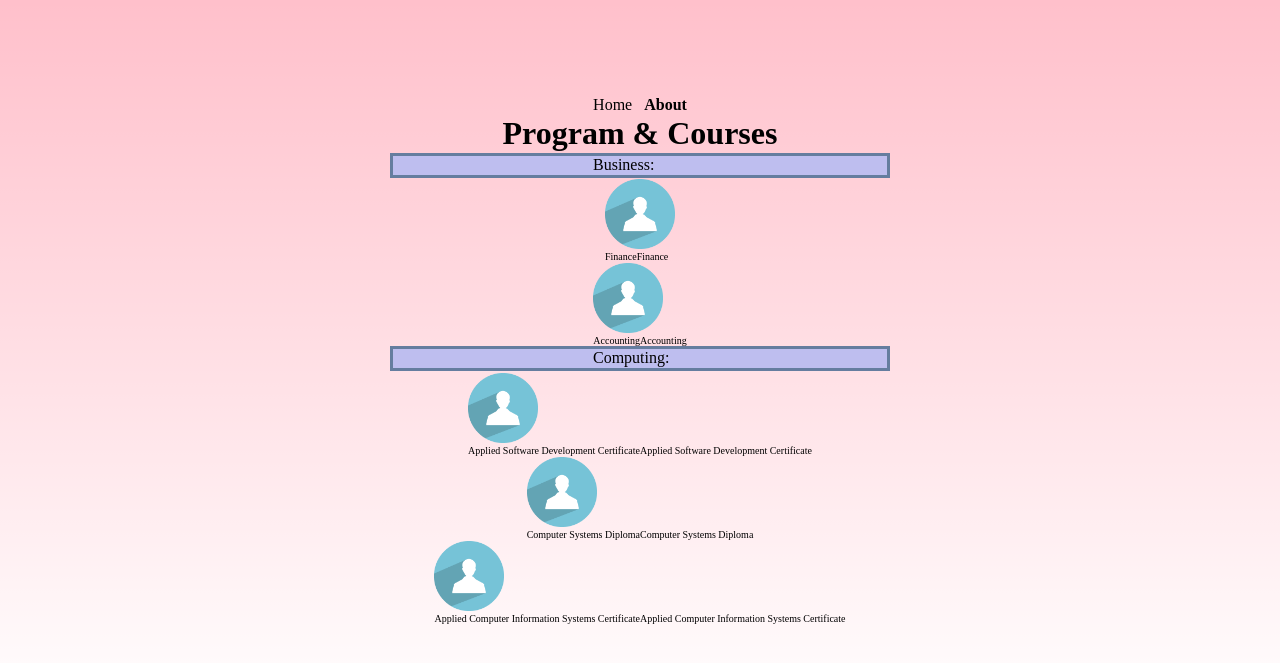
Repository: anoncoderin/madhu-assignment3
Page: /
These files come from the project's save history. The page is drawn as it stood at one moment and after a run of saves; the edit follows.
The browser window is 1280 px wide. The pictures show the whole page.
The project was rebuilt for these pictures with package versions that can differ from the ones it lists, and the page was loaded fresh each time. The framework's server and built-in components were replaced by stand-ins that run in the browser. Also part of the build but not shown: next.config.js, components/Card/Card.module.css.

Above is the page before, as saved 2023-01-22 20:50:13.

### pages/index.js
import Head from 'next/head'
import Image from 'next/image'
import { Inter } from '@next/font/google'
import styles from '@/styles/Home.module.css'
import { useState } from 'react'
import data from '../data/education.json'
import Link from 'next/link'
import Card from '../components/Card'
import style from '../components/Card/Card.module.css'

export default function Home() {
  console.log(data);
  const [information, setInformation] = useState([...data])
  return (
    <>
      <Head>

      </Head>
      <main className={styles.main}>

        <p> Home &nbsp;&nbsp;
          <Link href="about"><b>About</b></Link>
        </p>
        <h1>Program & Courses</h1>
      <div className={styles.heading}>Business:</div>
      {
        information && information.map((info, index)=>{
          if(info.department === "Business"){
            return(
              <Card key={index} degree={info.degree}></Card>
            )
          }
        })
      }
      <div className={styles.heading}>Computing:</div>
      <div className={styles.row}></div>
      {
        information && information.map((info, index)=>{
          if(info.department === "Computing"){
            return(
              <Card key={index} degree={info.degree}></Card>
            )
          }
        })
      }

      </main>
    </>
  )
}

### styles/globals.css
:root {
  --max-width: 1100px;
  --border-radius: 12px;
  --font-mono: ui-monospace, Menlo, Monaco, 'Cascadia Mono', 'Segoe UI Mono',
    'Roboto Mono', 'Oxygen Mono', 'Ubuntu Monospace', 'Source Code Pro',
    'Fira Mono', 'Droid Sans Mono', 'Courier New', monospace;

  --foreground-rgb: 0, 0, 0;
  --background-start-rgb: 255, 192, 203;
  --background-end-rgb: 255, 255, 255;

  --primary-glow: conic-gradient(
    from 180deg at 50% 50%,
    hsla(78, 61%, 87%, 0.2) 0deg,
    #0885ff33 55deg,
    #54d6ff33 120deg,
    #0071ff33 160deg,
    transparent 360deg
  );
  --secondary-glow: radial-gradient(
    rgba(255, 255, 255, 1),
    rgba(255, 255, 255, 0)
  );

  --tile-start-rgb: 239, 245, 249;
  --tile-end-rgb: 228, 232, 233;
  --tile-border: conic-gradient(
    #00000080,
    #00000040,
    #00000030,
    #00000020,
    #00000010,
    #00000010,
    #00000080
  );

  --callout-rgb: 238, 240, 241;
  --callout-border-rgb: 172, 175, 176;
  --card-rgb: 180, 185, 188;
  --card-border-rgb: 131, 134, 135;
}

@media (prefers-color-scheme: dark) {
  :root {
    --foreground-rgb: 255, 255, 255;
    --background-start-rgb: 0, 0, 0;
    --background-end-rgb: 0, 0, 0;

    --primary-glow: radial-gradient(rgba(1, 65, 255, 0.4), rgba(1, 65, 255, 0));
    --secondary-glow: linear-gradient(
      to bottom right,
      rgba(1, 65, 255, 0),
      rgba(1, 65, 255, 0),
      rgba(1, 65, 255, 0.3)
    );

    --tile-start-rgb: 2, 13, 46;
    --tile-end-rgb: 2, 5, 19;
    --tile-border: conic-gradient(
      #ffffff80,
      #ffffff40,
      #ffffff30,
      #ffffff20,
      #ffffff10,
      #ffffff10,
      #ffffff80
    );

    --callout-rgb: 20, 20, 20;
    --callout-border-rgb: 108, 108, 108;
    --card-rgb: 100, 100, 100;
    --card-border-rgb: 200, 200, 200;
  }
}

* {
  box-sizing: border-box;
  padding: 0;
  margin: 0;
}

html,
body {
  max-width: 100vw;
  overflow-x: hidden;
}

body {
  color: rgb(var(--foreground-rgb));
  background: linear-gradient(
      to bottom,
      transparent,
      rgb(var(--background-end-rgb))
    )
    rgb(var(--background-start-rgb));
}

a {
  color: inherit;
  text-decoration: none;
}

@media (prefers-color-scheme: dark) {
  html {
    color-scheme: dark;
  }
}

### styles/Home.module.css
.main {
  display: flex;
  flex-direction: column;
  justify-content: space-between;
  align-items: center;
  padding: 6rem;
  min-height: 100vh;
}

.heading{
  padding-left: 200px;
  height: 25px;
  width: 500px;
  background-color: #bebeef;
  border-style:solid;
  border-color:#657d9f;
}

.degree{
  display: flex;
  flex-direction: column;

  gap: 5px;
}

.description {
  display: inherit;
  justify-content: inherit;
  align-items: inherit;
  font-size: 0.85rem;
  max-width: var(--max-width);
  width: 100%;
  z-index: 2;
  font-family: var(--font-mono);
}

.description a {
  display: flex;
  justify-content: center;
  align-items: center;
  gap: 0.5rem;
}

.description p {
  position: relative;
  margin: 0;
  padding: 1rem;
  background-color: rgba(var(--callout-rgb), 0.5);
  border: 1px solid rgba(var(--callout-border-rgb), 0.3);
  border-radius: var(--border-radius);
}

.code {
  font-weight: 700;
  font-family: var(--font-mono);
}

.grid {
  display: grid;
  grid-template-columns: repeat(4, minmax(25%, auto));
  width: var(--max-width);
  max-width: 100%;
}

.card {
  padding: 1rem 1.2rem;
  border-radius: var(--border-radius);
  background: rgba(var(--card-rgb), 0);
  border: 1px solid rgba(var(--card-border-rgb), 0);
  transition: background 200ms, border 200ms;
}

.card span {
  display: inline-block;
  transition: transform 200ms;
}

.card h2 {
  font-weight: 600;
  margin-bottom: 0.7rem;
}

.card p {
  margin: 0;
  opacity: 0.6;
  font-size: 0.9rem;
  line-height: 1.5;
  max-width: 30ch;
}

.center {
  display: flex;
  justify-content: center;
  align-items: center;
  position: relative;
  padding: 4rem 0;
}

.center::before {
  background: var(--secondary-glow);
  border-radius: 50%;
  width: 480px;
  height: 360px;
  margin-left: -400px;
}

.center::after {
  background: var(--primary-glow);
  width: 240px;
  height: 180px;
  z-index: -1;
}

.center::before,
.center::after {
  content: '';
  left: 50%;
  position: absolute;
  filter: blur(45px);
  transform: translateZ(0);
}

.logo,
.thirteen {
  position: relative;
}

.thirteen {
  display: flex;
  justify-content: center;
  align-items: center;
  width: 75px;
  height: 75px;
  padding: 25px 10px;
  margin-left: 16px;
  transform: translateZ(0);
  border-radius: var(--border-radius);
  overflow: hidden;
  box-shadow: 0px 2px 8px -1px #0000001a;
}

.thirteen::before,
.thirteen::after {
  content: '';
  position: absolute;
  z-index: -1;
}

/* Conic Gradient Animation */
.thirteen::before {
  animation: 6s rotate linear infinite;
  width: 200%;
  height: 200%;
  background: var(--tile-border);
}

/* Inner Square */
.thirteen::after {
  inset: 0;
  padding: 1px;
  border-radius: var(--border-radius);
  background: linear-gradient(
    to bottom right,
    rgba(var(--tile-start-rgb), 1),
    rgba(var(--tile-end-rgb), 1)
  );
  background-clip: content-box;
}

/* Enable hover only on non-touch devices */
@media (hover: hover) and (pointer: fine) {
  .card:hover {
    background: rgba(var(--card-rgb), 0.1);
    border: 1px solid rgba(var(--card-border-rgb), 0.15);
  }

  .card:hover span {
    transform: translateX(4px);
  }
}

@media (prefers-reduced-motion) {
  .thirteen::before {
    animation: none;
  }

  .card:hover span {
    transform: none;
  }
}

/* Mobile */
@media (max-width: 700px) {
  .content {
    padding: 4rem;
  }

  .grid {
    grid-template-columns: 1fr;
    margin-bottom: 120px;
    max-width: 320px;
    text-align: center;
  }

  .card {
    padding: 1rem 2.5rem;
  }

  .card h2 {
    margin-bottom: 0.5rem;
  }

  .center {
    padding: 8rem 0 6rem;
  }

  .center::before {
    transform: none;
    height: 300px;
  }

  .description {
    font-size: 0.8rem;
  }

  .description a {
    padding: 1rem;
  }

  .description p,
  .description div {
    display: flex;
    justify-content: center;
    position: fixed;
    width: 100%;
  }

  .description p {
    align-items: center;
    inset: 0 0 auto;
    padding: 2rem 1rem 1.4rem;
    border-radius: 0;
    border: none;
    border-bottom: 1px solid rgba(var(--callout-border-rgb), 0.25);
    background: linear-gradient(
      to bottom,
      rgba(var(--background-start-rgb), 1),
      rgba(var(--callout-rgb), 0.5)
    );
    background-clip: padding-box;
    backdrop-filter: blur(24px);
  }

  .description div {
    align-items: flex-end;
    pointer-events: none;
    inset: auto 0 0;
    padding: 2rem;
    height: 200px;
    background: linear-gradient(
      to bottom,
      transparent 0%,
      rgb(var(--background-end-rgb)) 40%
    );
    z-index: 1;
  }
}

/* Tablet and Smaller Desktop */
@media (min-width: 701px) and (max-width: 1120px) {
  .grid {
    grid-template-columns: repeat(2, 50%);
  }
}

@media (prefers-color-scheme: dark) {
  .vercelLogo {
    filter: invert(1);
  }

  .logo,
  .thirteen img {
    filter: invert(1) drop-shadow(0 0 0.3rem #ffffff70);
  }
}

@keyframes rotate {
  from {
    transform: rotate(360deg);
  }
  to {
    transform: rotate(0deg);
  }
}

### data/education.json
[
        {
            "studentNumber": "A0004567",
            "firstName": "Person 1",
            "gpa": 3.8,
            "department": "Business",
            "degree": "Finance",
            "graduted": 2014
        },
        {
            "studentNumber": "A0001234",
            "firstName": "Person 2",
            "gpa": 3.5,
            "department": "Business",
            "degree": "Accounting",
            "graduted": 2010
        },
        {
            "studentNumber": "A0007890",
            "firstName": "Person 3",
            "gpa": 3.2,
            "department": "Computing",
            "degree": "Applied Software Development Certificate",
            "graduted": 2018
        },
        {
            "studentNumber": "A0007828",
            "firstName": "Person 4",
            "gpa": 3.9,
            "department": "Computing",
            "degree": "Computer Systems Diploma",
            "graduted": 2021
        },
        {
            "studentNumber": "A0003425",
            "firstName": "Person 5",
            "gpa": 3.2,
            "department": "Computing",
            "degree": "Applied Computer Information Systems Certificate",
            "graduted": 2021
        }

]

### components/Card/index.js
export default function Card(
    {
        degree="none",
        color="purple",
        font=10,
        image='icon/personTwo.png'
    }
){
    return(
        <div  style={{backgroundcolor:color, fontSize:font }}>
           <img src={'icon/person.png'} width="70px"></img>
           <p> {degree}
            {degree}</p>
        </div>
    )
}

Loaded but not shown: pages/_app.js (common file); pages/_document.js (common file)

After the next 4 saves:
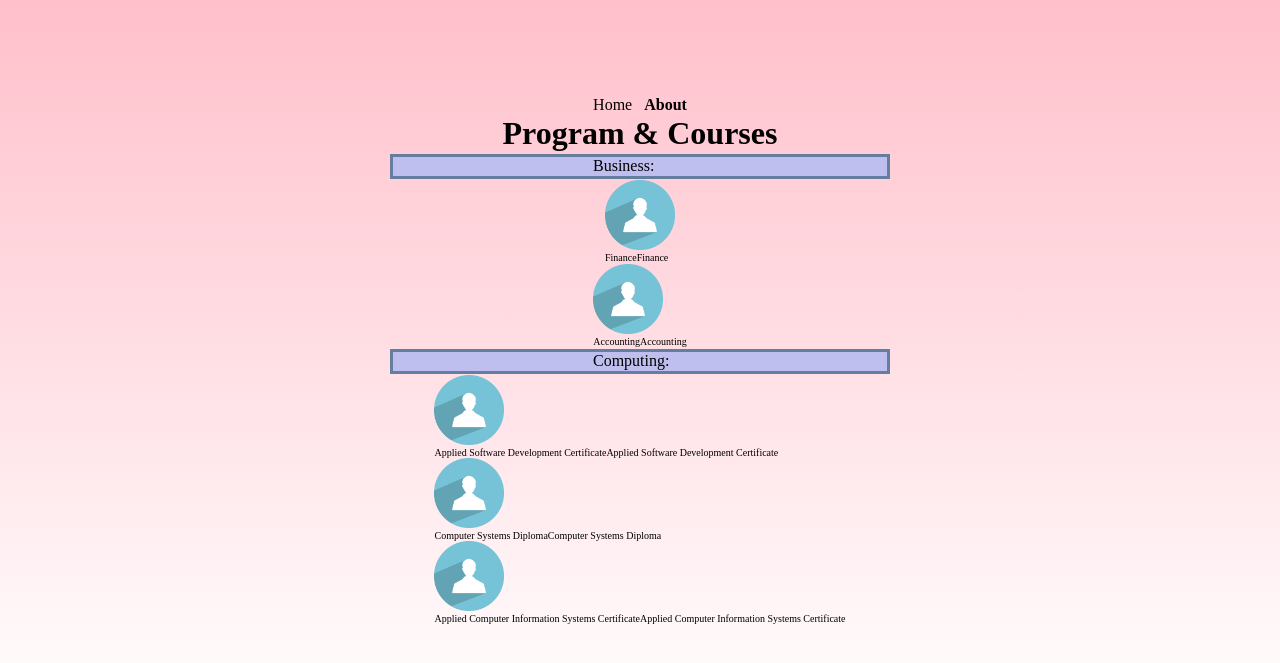
The 4 saves are shown as one change because 1 did not build or start and some came seconds apart.
The last was saved 16 s later.
--- a/pages/index.js
+++ b/pages/index.js
@@ -33,7 +33,7 @@
         })
       }
       <div className={styles.heading}>Computing:</div>
-      <div className={styles.row}></div>
+      <div className={styles.row}>
       {
         information && information.map((info, index)=>{
           if(info.department === "Computing"){
@@ -43,7 +43,7 @@
           }
         })
       }
-
+      </div>
       </main>
     </>
   )
